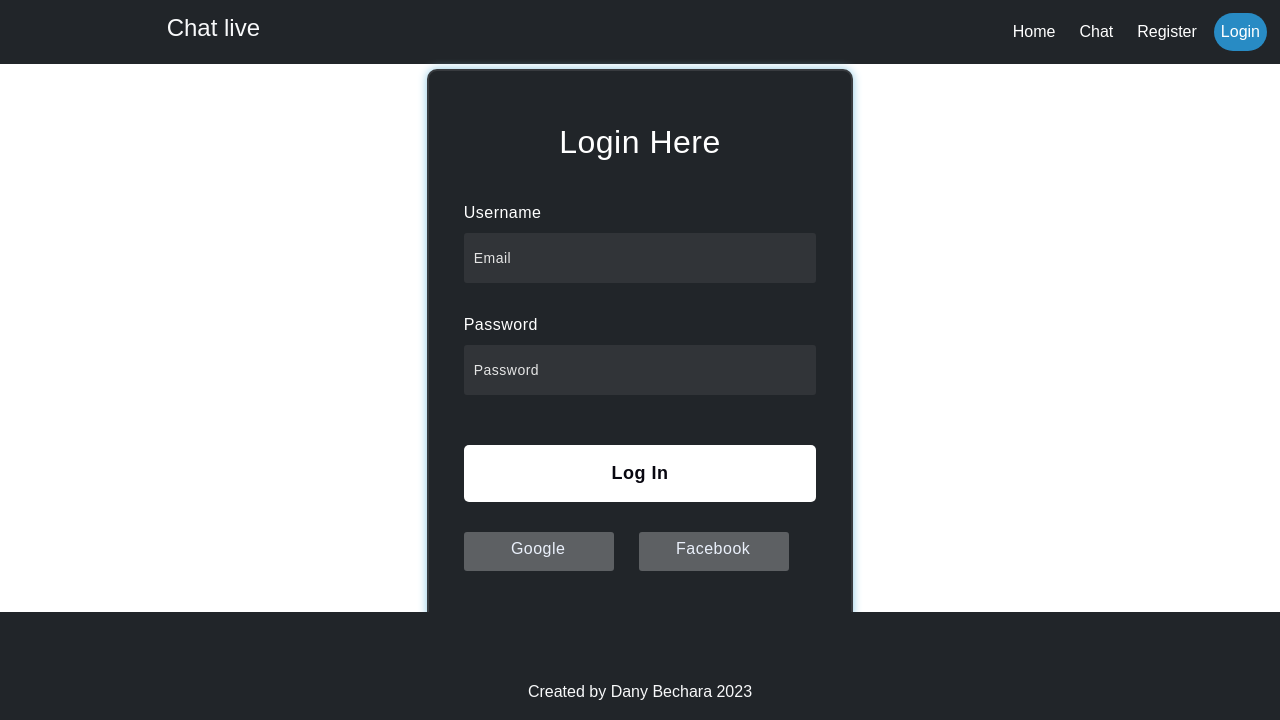
Repository: bechara611/chatv2
Page: /login
An editor plug-in stored every save of this project. The page is shown before and after the next save, followed by the edit.
The browser window is 1280 px wide. The pictures show the whole page.
The project was rebuilt for these pictures with package versions that can differ from the ones it lists, and the page was loaded fresh each time. Also part of the build but not shown: src/auth/components/register.jsx, src/ui/components/Home.jsx.

Above is the page before, as saved 2023-03-03 14:45:20.

After the next save:
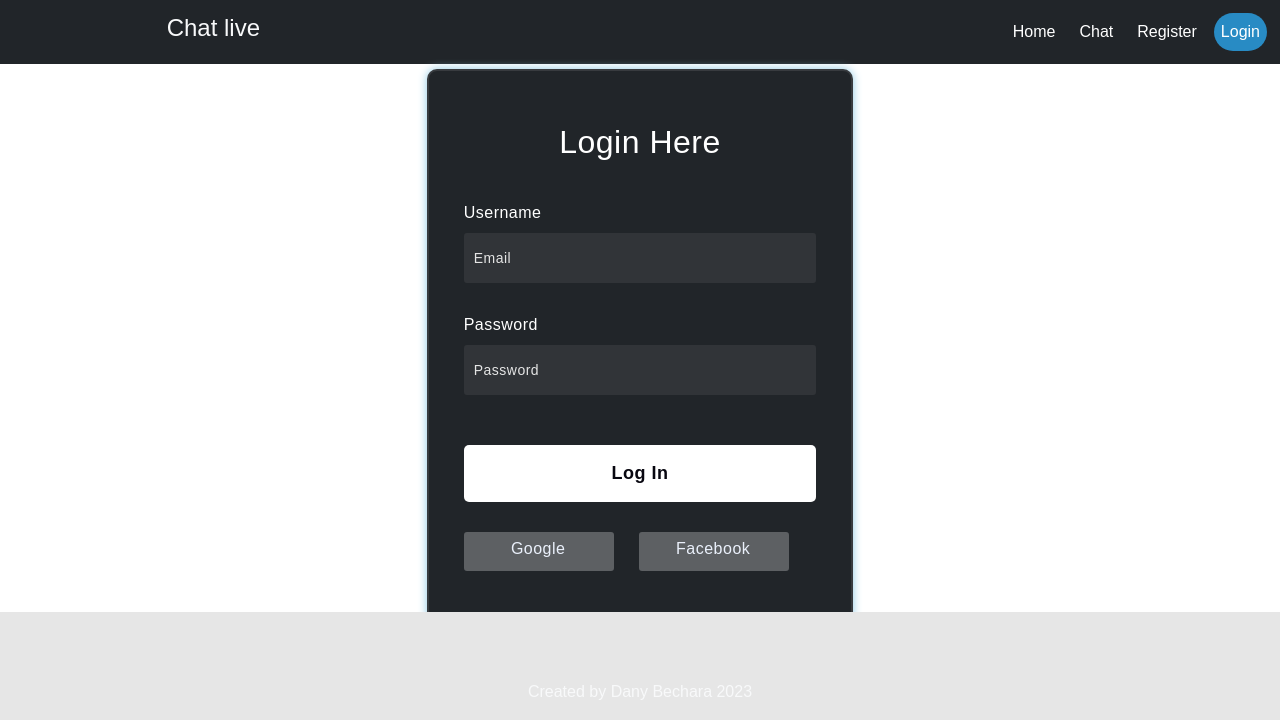
Saved 6 s later.
--- a/src/ui/components/Footer.jsx
+++ b/src/ui/components/Footer.jsx
@@ -13,7 +13,7 @@ export const Footer = () => {
     <>
     <div className="separador"></div>
       {/*Aca este footer le estamos colocando una posicion absolute y a su padre relativa para poder ubicarlo al final de su div padre */}
-      <div className="footer col-12 mt-5 pt-1 bg-dark">
+      <div className="footer col-12 mt-5 pt-1 ">
       <a href={linkdn} target={blank} className='animate__animated animate__lightSpeedInLeft'><i className=" linkdin fa-brands fa-linkedin iconoRedes"></i></a>
       <a href={whatssap} target={blank}  className='animate__animated animate__lightSpeedInLeft'><i className="whatssap fa-brands fa-whatsapp iconoRedes"></i></a>
       <a href={correo} target={blank}  className='animate__animated animate__lightSpeedInLeft'><i className="gmail fa-solid  fa-envelope iconoRedes"></i></a>
